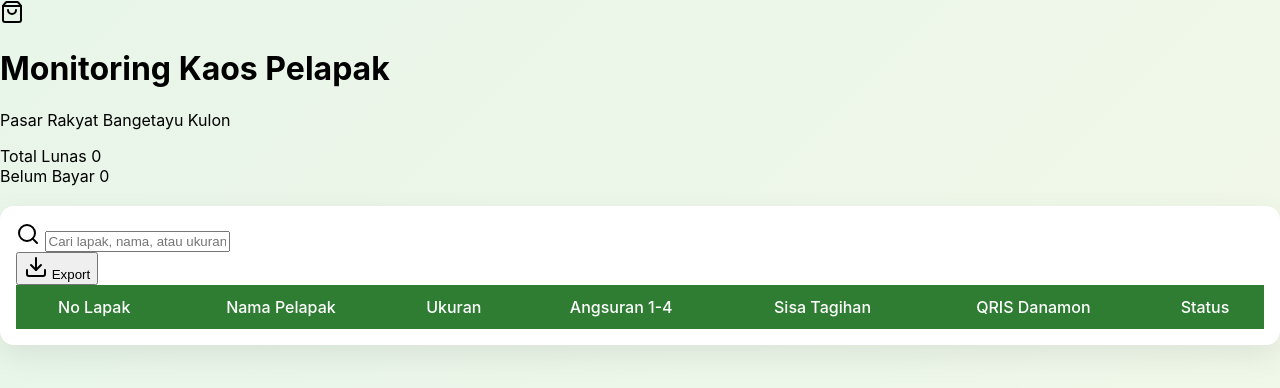
Repository: pasarrakyatbak/monitoringpembayarankaos
Page: index.html
The author's editor kept a copy of each file at every save. The page is drawn from the files as they stood at one save, then again after the next save.
The browser window is 1280 px wide. The pictures show the whole page.
The page's requests for data from a server got no answer.

Above is the page before, as saved 2026-01-04 13:44:44.

### index.html
<!DOCTYPE html>
<html lang="id">

<head>
    <meta charset="UTF-8">
    <meta name="viewport" content="width=device-width, initial-scale=1.0">
    <title>Monitoring Kaos Pelapak</title>
    <link href="https://fonts.googleapis.com/css2?family=Plus+Jakarta+Sans:wght@400;500;600;700&display=swap"
        rel="stylesheet">
    <script src="https://unpkg.com/lucide@latest"></script>
    <link rel="stylesheet" href="style.css">
</head>

<body>

    <div class="app-container">
        <header class="main-header">
            <div class="header-content">
                <div class="brand">
                    <div class="logo-icon"><i data-lucide="shopping-bag"></i></div>
                    <div>
                        <h1>Monitoring Kaos Pelapak</h1>
                        <p>Pasar Rakyat Bangetayu Kulon</p>
                    </div>
                </div>
                <div class="stats-overview">
                    <div class="stat-item">
                        <span class="label">Total Lunas</span>
                        <span class="value" id="totalLunas">0</span>
                    </div>
                    <div class="stat-item">
                        <span class="label">Belum Bayar</span>
                        <span class="value warning" id="totalBelum">0</span>
                    </div>
                </div>
            </div>
        </header>

        <main class="content">
            <div class="card table-card">
                <div class="card-header">
                    <div class="search-box">
                        <i data-lucide="search"></i>
                        <input type="text" id="searchInput" placeholder="Cari lapak, nama, atau ukuran...">
                    </div>
                    <div class="actions">
                        <button class="btn btn-outline"><i data-lucide="download"></i> Export</button>
                    </div>
                </div>

                <div class="table-responsive">
                    <table id="monitoringTable">
                        <thead>
                            <tr>
                                <th>No Lapak</th>
                                <th>Nama Pelapak</th>
                                <th>Ukuran</th>
                                <th>Angsuran 1-4</th>
                                <th>Sisa Tagihan</th>
                                <th>QRIS Danamon</th>
                                <th>Status</th>
                            </tr>
                        </thead>
                        <tbody id="tableBody">
                        </tbody>
                    </table>
                </div>
            </div>
        </main>
    </div>

    <script src="script.js"></script>
    <script>lucide.createIcons();</script>
</body>

</html>

### style.css
* {
  box-sizing: border-box;
}

body {
  margin: 0;
  font-family: 'Inter', sans-serif;
  background: linear-gradient(135deg, #e8f5e9, #f1f8e9);
}

.app {
  padding: 24px;
}

.header h1 {
  margin: 0;
  font-size: 26px;
  font-weight: 600;
  color: #1b5e20;
}

.header p {
  margin-top: 4px;
  color: #4caf50;
}

.card {
  margin-top: 20px;
  background: #fff;
  border-radius: 14px;
  padding: 16px;
  box-shadow: 0 10px 30px rgba(0, 0, 0, 0.08);
  overflow-x: auto;
}

.toolbar {
  margin-bottom: 12px;
}

.toolbar input {
  width: 100%;
  padding: 10px 14px;
  border-radius: 10px;
  border: 1px solid #ddd;
  font-size: 14px;
}

.toolbar input:focus {
  outline: none;
  border-color: #2e7d32;
}

table {
  width: 100%;
  border-collapse: collapse;
}

th {
  background: #2e7d32;
  color: white;
  padding: 12px;
  font-weight: 500;
}

td {
  padding: 10px;
  text-align: center;
  border-bottom: 1px solid #eee;
}

tr:hover {
  background: #f9f9f9;
}

input[type="checkbox"] {
  width: 18px;
  height: 18px;
  accent-color: #2e7d32;
  cursor: pointer;
}

.status-lunas {
  color: #2e7d32;
  font-weight: 600;
}

.status-belum {
  color: #f57c00;
}

@media (max-width: 768px) {

  th,
  td {
    font-size: 12px;
    padding: 8px;
  }
}

### script.js
const API_URL = "https://script.google.com/macros/s/AKfycby4z2qZ24SrJkcyGpybH29lSUC_3_z1LG-7wSmTzpaOEXrwjXf0Cl3hqkg95qAxPj1-/exec";
let allData = [];

document.addEventListener('DOMContentLoaded', () => {
    const searchInput = document.getElementById('searchInput');
    const tbody = document.querySelector('tbody');

    async function loadData() {
        const res = await fetch(API_URL + "?action=list");
        const data = await res.json();
        allData = data;
        renderTable(data);
    }

    function renderTable(data) {
        tbody.innerHTML = '';
        data.forEach((row, index) => {
            const statusText = row.lunas ? 'Lunas' : 'Belum Lunas';
            const statusClass = row.lunas ? 'status-lunas' : 'status-belum';

            const tr = document.createElement('tr');
            tr.innerHTML = `
        <td>${row.noLapak}</td>
        <td>${row.nama}</td>
        <td>${row.ukuran}</td>
        <td>${row.a1}</td>
        <td>${row.a2}</td>
        <td>${row.a3}</td>
        <td>${row.a4}</td>
        <td>Rp ${row.total.toLocaleString('id-ID')}</td>
        <td>
          <input type="checkbox" ${row.qris ? 'checked' : ''} data-index="${index}">
        </td>
        <td class="${statusClass}">${statusText}</td>
      `;
            tbody.appendChild(tr);
        });
    }

    tbody.addEventListener('change', async (e) => {
        if (e.target.type === 'checkbox') {
            const index = e.target.dataset.index;

            const formData = new FormData();
            formData.append("action", "updateQRIS");
            formData.append("index", index);
            formData.append("qris", e.target.checked ? "true" : "false");

            await fetch(API_URL, {
                method: "POST",
                body: formData
            });

            loadData();
        }
    });

    searchInput.addEventListener('keyup', () => {
        const keyword = searchInput.value.toLowerCase();
        const filtered = allData.filter(item =>
            item.noLapak.toString().includes(keyword) ||
            item.nama.toLowerCase().includes(keyword)
        );
        renderTable(filtered);
    });

    loadData();
});

After the next save:
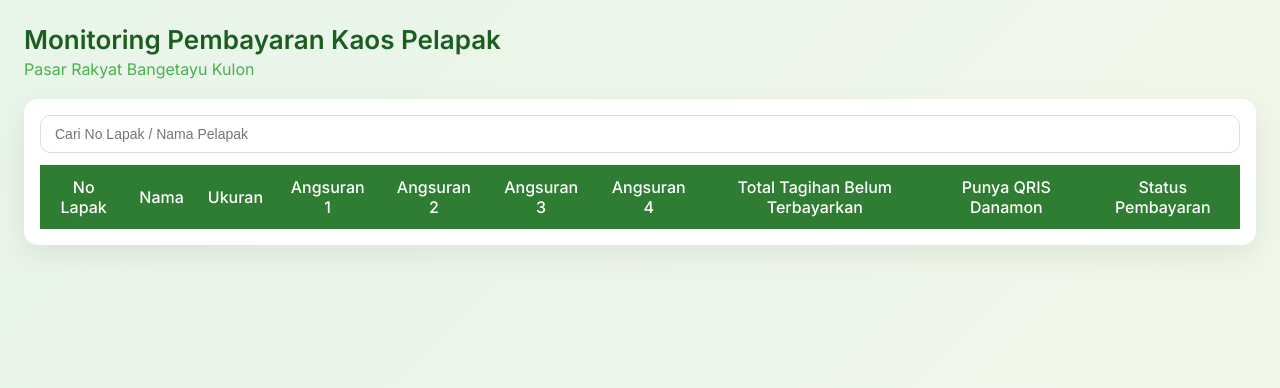
Saved 4 s later.
--- a/index.html
+++ b/index.html
@@ -5,72 +5,49 @@
     <meta charset="UTF-8">
     <meta name="viewport" content="width=device-width, initial-scale=1.0">
     <title>Monitoring Kaos Pelapak</title>
-    <link href="https://fonts.googleapis.com/css2?family=Plus+Jakarta+Sans:wght@400;500;600;700&display=swap"
-        rel="stylesheet">
-    <script src="https://unpkg.com/lucide@latest"></script>
+
+    <!-- Font -->
+    <link rel="preconnect" href="https://fonts.googleapis.com">
+    <link rel="preconnect" href="https://fonts.gstatic.com" crossorigin>
+    <link href="https://fonts.googleapis.com/css2?family=Inter:wght@400;500;600&display=swap" rel="stylesheet">
+
     <link rel="stylesheet" href="style.css">
 </head>
 
 <body>
 
-    <div class="app-container">
-        <header class="main-header">
-            <div class="header-content">
-                <div class="brand">
-                    <div class="logo-icon"><i data-lucide="shopping-bag"></i></div>
-                    <div>
-                        <h1>Monitoring Kaos Pelapak</h1>
-                        <p>Pasar Rakyat Bangetayu Kulon</p>
-                    </div>
-                </div>
-                <div class="stats-overview">
-                    <div class="stat-item">
-                        <span class="label">Total Lunas</span>
-                        <span class="value" id="totalLunas">0</span>
-                    </div>
-                    <div class="stat-item">
-                        <span class="label">Belum Bayar</span>
-                        <span class="value warning" id="totalBelum">0</span>
-                    </div>
-                </div>
-            </div>
+    <div class="app">
+        <header class="header">
+            <h1>Monitoring Pembayaran Kaos Pelapak</h1>
+            <p>Pasar Rakyat Bangetayu Kulon</p>
         </header>
 
-        <main class="content">
-            <div class="card table-card">
-                <div class="card-header">
-                    <div class="search-box">
-                        <i data-lucide="search"></i>
-                        <input type="text" id="searchInput" placeholder="Cari lapak, nama, atau ukuran...">
-                    </div>
-                    <div class="actions">
-                        <button class="btn btn-outline"><i data-lucide="download"></i> Export</button>
-                    </div>
-                </div>
+        <div class="card">
+            <div class="toolbar">
+                <input type="text" id="searchInput" placeholder="Cari No Lapak / Nama Pelapak">
+            </div>
 
-                <div class="table-responsive">
-                    <table id="monitoringTable">
-                        <thead>
-                            <tr>
-                                <th>No Lapak</th>
-                                <th>Nama Pelapak</th>
-                                <th>Ukuran</th>
-                                <th>Angsuran 1-4</th>
-                                <th>Sisa Tagihan</th>
-                                <th>QRIS Danamon</th>
-                                <th>Status</th>
-                            </tr>
-                        </thead>
-                        <tbody id="tableBody">
-                        </tbody>
-                    </table>
-                </div>
-            </div>
-        </main>
+            <table>
+                <thead>
+                    <tr>
+                        <th>No Lapak</th>
+                        <th>Nama</th>
+                        <th>Ukuran</th>
+                        <th>Angsuran 1</th>
+                        <th>Angsuran 2</th>
+                        <th>Angsuran 3</th>
+                        <th>Angsuran 4</th>
+                        <th>Total Tagihan Belum Terbayarkan</th>
+                        <th>Punya QRIS Danamon</th>
+                        <th>Status Pembayaran</th>
+                    </tr>
+                </thead>
+                <tbody></tbody>
+            </table>
+        </div>
     </div>
 
     <script src="script.js"></script>
-    <script>lucide.createIcons();</script>
 </body>
 
 </html>
